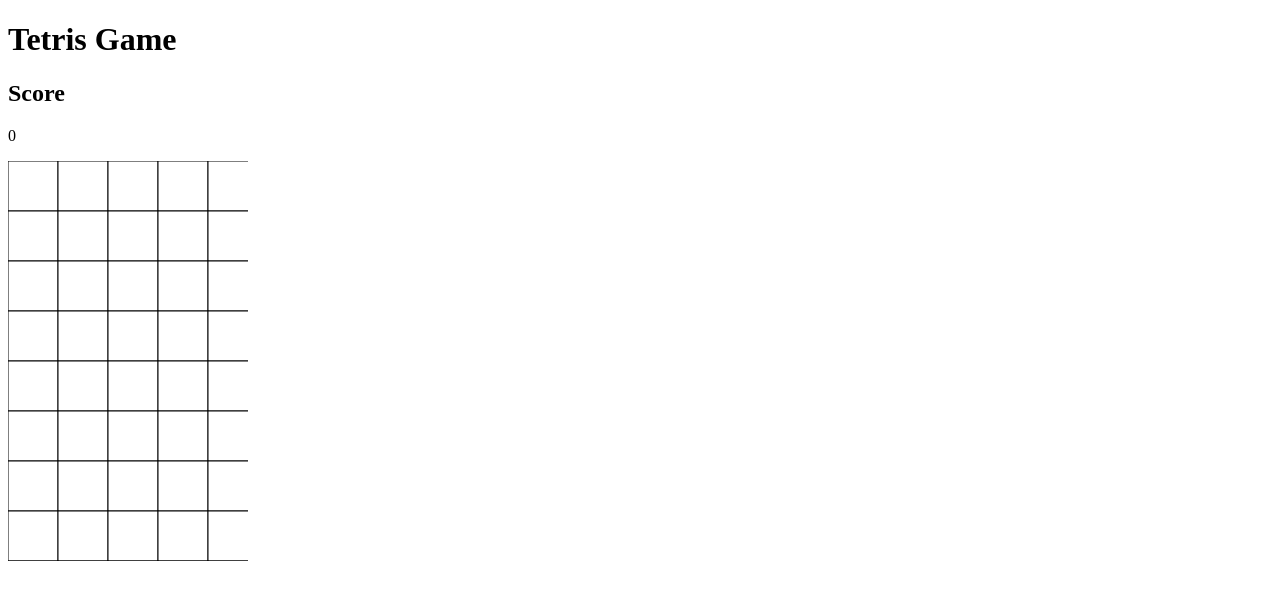
Repository: nlbien22/games
Page: Tetris/index.html
An editor plug-in stored every save of this project. The page is shown before and after a run of saves, followed by the edit.
The browser window is 1280 px wide. The pictures show the whole page.

Above is the page before, as saved 2024-11-14 21:48:00.

### Tetris/index.html
<!DOCTYPE html>
<html lang="en">
<head>
    <meta charset="UTF-8">
    <meta name="viewport" content="width=device-width, initial-scale=1.0">
    <title>Tetris</title>
</head>
<body>
    <h1>Tetris Game</h1>
    <div class="score-box">
        <h2>Score</h2>
        <p id="score">0</p>
    </div>
    <div class="game">
        <canvas id="tetris" width="240" height="400">
        </canvas>
    </div>
    <script src="script.js"></script>
</body>
</html>

### Tetris/script.js
const canvas = document.getElementById('tetris');
const context = canvas.getContext('2d');

const ROW = 30;
const COL = 10;
const SQ = 50;
const COLOR = 'WHITE';

function drawSquare(x, y, color) {
    context.fillStyle = color;
    context.fillRect(x * SQ, y * SQ, SQ, SQ);
    context.strokeStyle = 'BLACK';
    context.strokeRect(x * SQ, y * SQ, SQ, SQ);
}

let board = [];
for (let r = 0; r < ROW; r++) {
    board[r] = [];
    for (let c = 0; c < COL; c++) {
        board[r][c] = COLOR;
    }
}

function drawBoard() {
    for (let r = 0; r < ROW; r++) {
        for (let c = 0; c < COL; c++) {
            drawSquare(c, r, board[r][c]);
        }
    }
}

drawBoard();

After the next 2 saves:
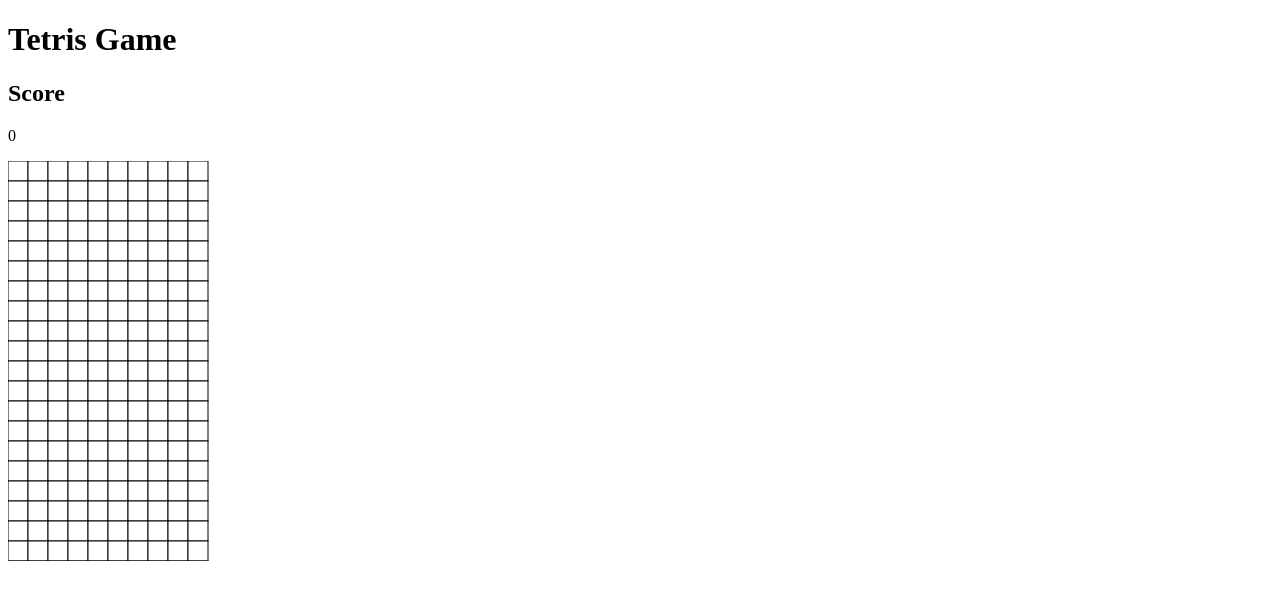
The 2 saves are shown as one change because they came seconds apart.
The last was saved 6 s later.
--- a/Tetris/script.js
+++ b/Tetris/script.js
@@ -3,7 +3,7 @@
 
 const ROW = 30;
 const COL = 10;
-const SQ = 50;
+const SQ = 20;
 const COLOR = 'WHITE';
 
 function drawSquare(x, y, color) {
